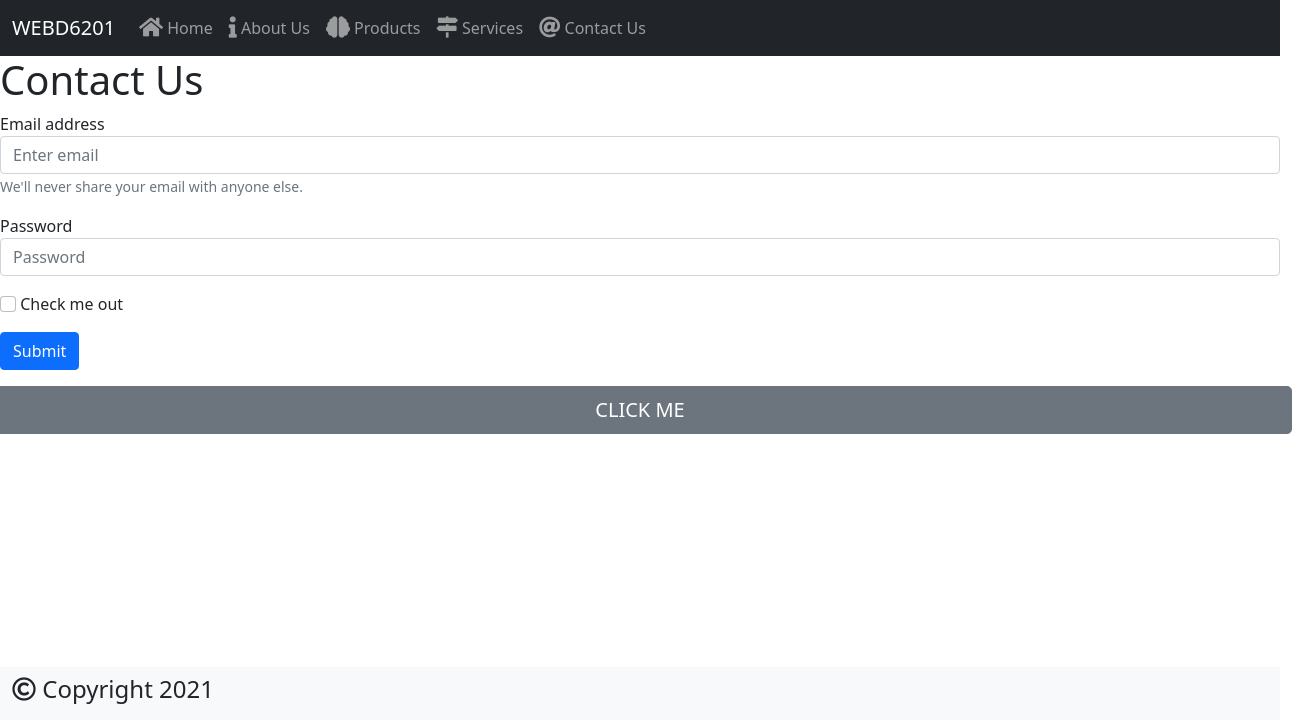
Repository: GarlicButterBoy/WEBD6201-Week1
Page: contact.html
The author's editor kept a copy of each file at every save. The page is drawn from the files as they stood at one save, then again after the next save.
The browser window is 1280 px wide. The page is 1292 px wide, so the pictures cover 1292 px, including what lies to the right of the window. The pictures show the whole page.

Above is the page before, as saved 2021-01-21 09:18:01.

After the next save:
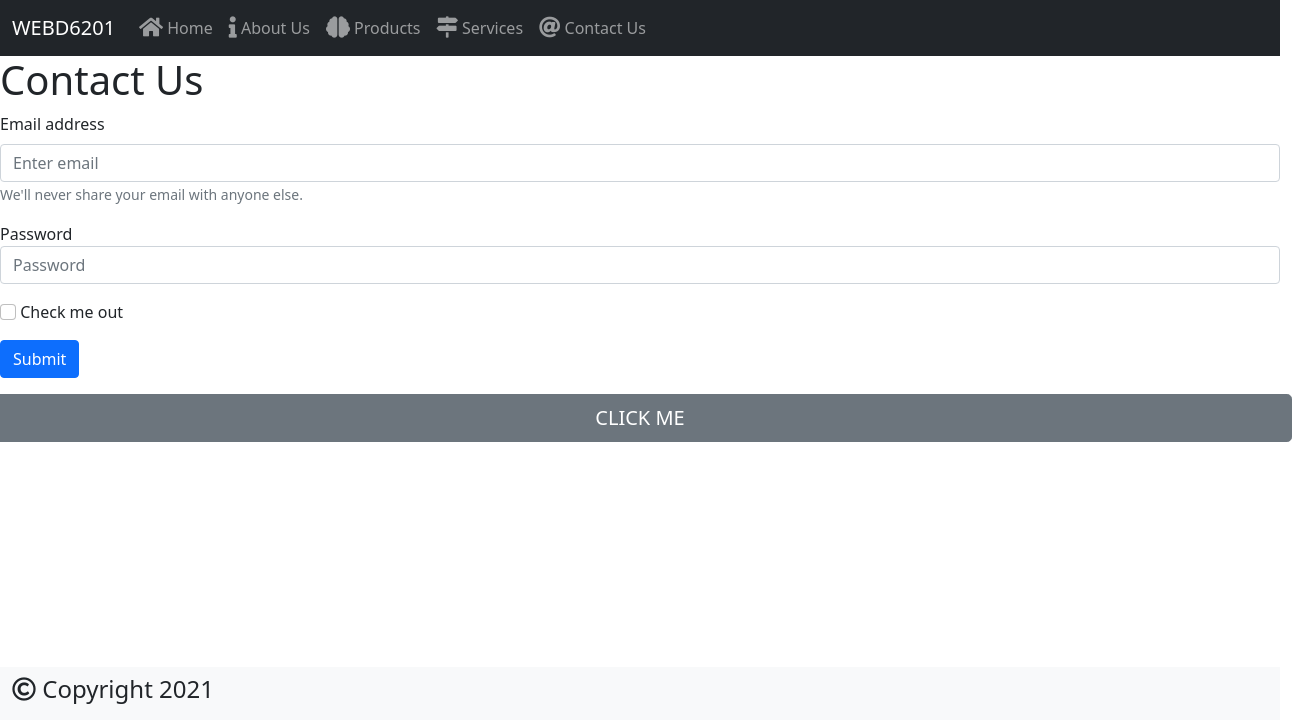
Saved 4 s later.
--- a/contact.html
+++ b/contact.html
@@ -62,7 +62,7 @@
         <form class="col-8-md-auto">
 
           <div class="mb-3">
-            <label for="exampleInputEmail1" class=:"">Email address</label>
+            <label for="exampleInputEmail1" class="form-label">Email address</label>
             <input type="email" class="form-control" id="exampleInputEmail1" aria-describedby="emailHelp" placeholder="Enter email">
             <small id="emailHelp" class="form-text text-muted">We'll never share your email with anyone else.</small>
           </div>
